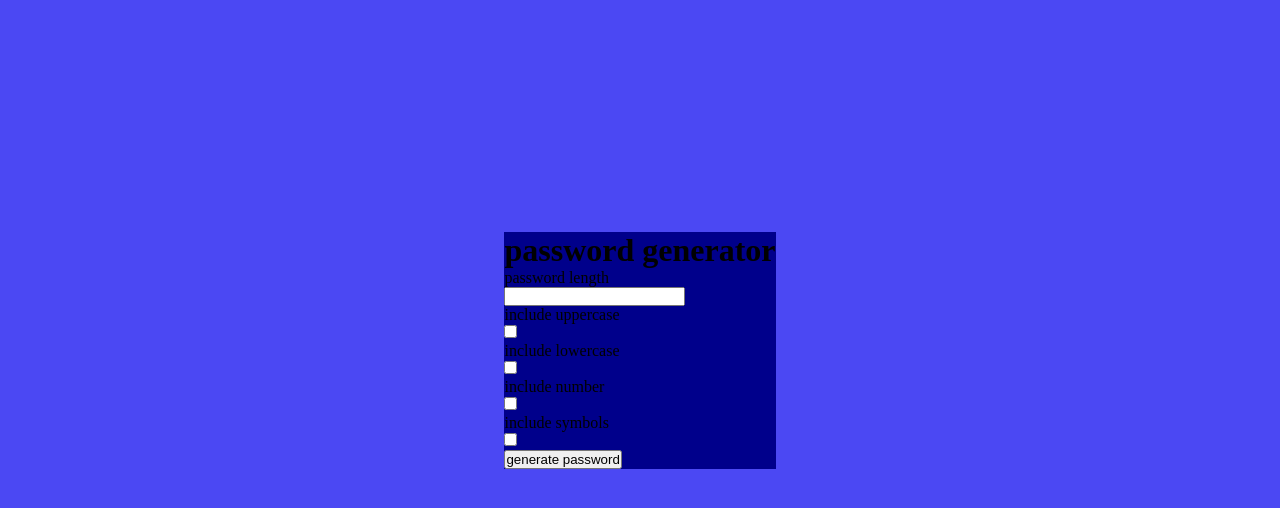
Repository: Eugene44-hub/password-generator
Page: index.html
The author's editor kept a copy of each file at every save. The page is drawn from the files as they stood at one save, then again after a run of saves.
The browser window is 1280 px wide. The pictures show the whole page.

Above is the page before, as saved 2021-09-23 10:23:16.

### index.html
<!DOCTYPE html>
<html lang="en">

<head>
    <meta charset="UTF-8">
    <meta http-equiv="X-UA-Compatible" content="IE=edge">
    <meta name="viewport" content="width=device-width, initial-scale=1.0">
    <title>Document</title>
    <link rel="stylesheet" href="style.css">
</head>

<body>
    <div class="passwordGenerator">
        <h1>password generator</h1>
        <div class="password">

        </div>
        <div class="select-options">
            <p>password length</p>
            <input type="number">
            <p>include uppercase</p><input type="checkbox" id="uppercase">
            <p>include lowercase</p><input type="checkbox" id="lowercase">
            <p>include number</p><input type="checkbox" id="number">
            <p>include symbols</p><input type="checkbox" id="symbol">
        </div>
        <button id="generate-password">generate password</button>
    </div>
    <script src="app.js"></script>
</body>

</html>

</html>

### style.css
* {
    padding: 0;
    margin: 0;
    box-sizing: border-box;
}

body {
    display: flex;
    height: 700px;
    background-color: rgb(75, 72, 243);
}

.passwordGenerator {
    margin: auto;
    background-color: darkblue;
}

### app.js
// document.querySelector('.password').addEventListener('', e => {})
// console.log(String.fromCharCode())

const person = {
    name: 'Eugene',
    type: true,
    greeting: 'Hello'
}
let x = [{ lower: true }, { upper: false }, { number: true }, { symbol: true }];

// const rand = {
//     lower: true,
//     upper: true,
//     number: false,
//     symbol: true,
// }

// const functName =
//     console.log()

After the next 2 saves:
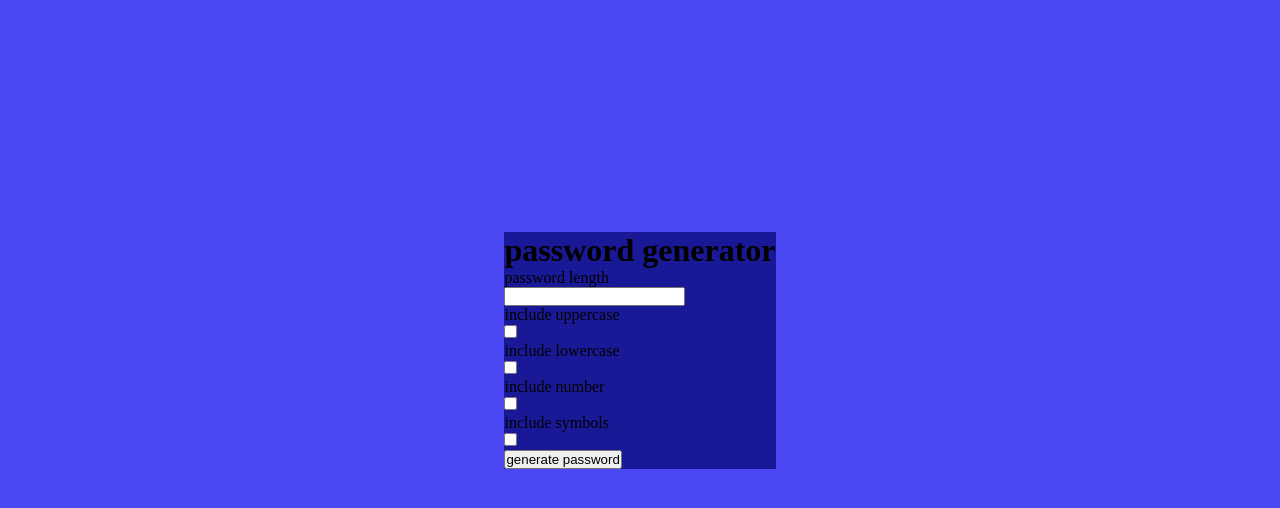
The 2 saves are shown as one change because they came seconds apart.
The last was saved 16 s later.
--- a/style.css
+++ b/style.css
@@ -12,5 +12,5 @@ body {
 
 .passwordGenerator {
     margin: auto;
-    background-color: darkblue;
+    background-color: rgb(25, 25, 151);
 }
